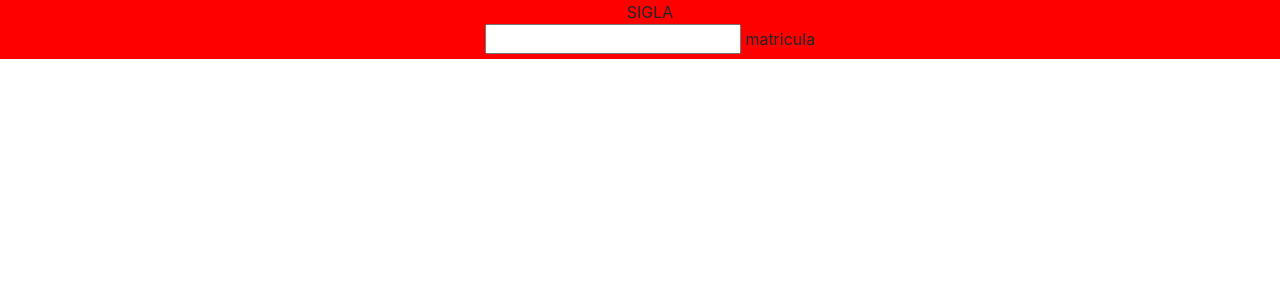
Repository: Melancia06/agenda
Page: index.html
An editor plug-in stored every save of this project. The page is shown before and after a run of saves, followed by the edit.
The browser window is 1280 px wide. The pictures show the whole page.

Above is the page before, as saved 2024-08-08 09:16:48.

### index.html
<!DOCTYPE html>
<html lang="en">
<head>
    <meta charset="UTF-8">
    <meta name="viewport" content="width=device-width, initial-scale=1.0">
    <link rel="stylesheet" href="css/bootstrap.css">
    <link rel="stylesheet" href="css/fontawasome.css">
    <link rel="stylesheet" href="css/css.css">
    <title>começando a fazer esboço do sigla</title>
</head>
<body>
    <div class="marca" > SIGLA
        <br>
        <input type="text" name="matricula" id="matricula" class="input" required>
        <label for="matricula">matricula</label>
    </div>
</body>
</html>

### css/css.css
.marca{
    text-align: center;
   background-color:rgb(255, 0, 0);
   padding-left: 20px;

}

Loaded but not shown: css/bootstrap.css (library); css/fontawasome.css (4616 lines, source omitted)

After the next 2 saves:
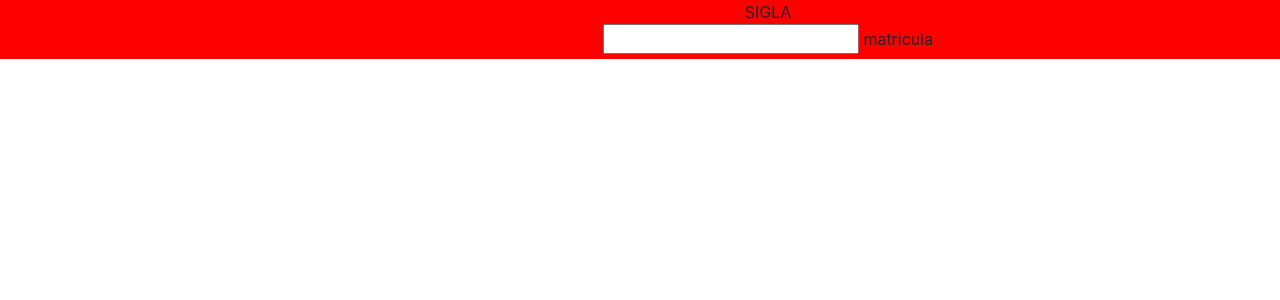
The 2 saves are shown as one change because they came seconds apart.
The last was saved 14 s later.
--- a/css/css.css
+++ b/css/css.css
@@ -1,6 +1,6 @@
 .marca{
     text-align: center;
    background-color:rgb(255, 0, 0);
-   padding-left: 20px;
+   padding-left: 20%;
 
 }

After the save that followed:
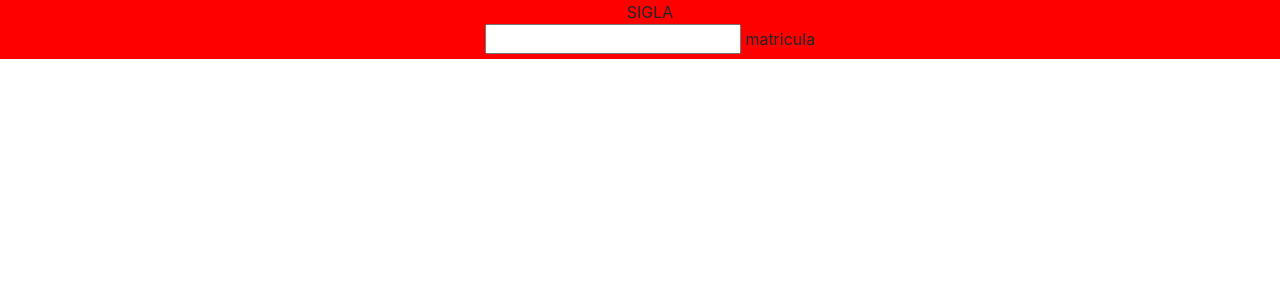
Saved 5 s later.
--- a/css/css.css
+++ b/css/css.css
@@ -1,6 +1,6 @@
 .marca{
     text-align: center;
    background-color:rgb(255, 0, 0);
-   padding-left: 20%;
+   padding-left: 20px;
 
 }
